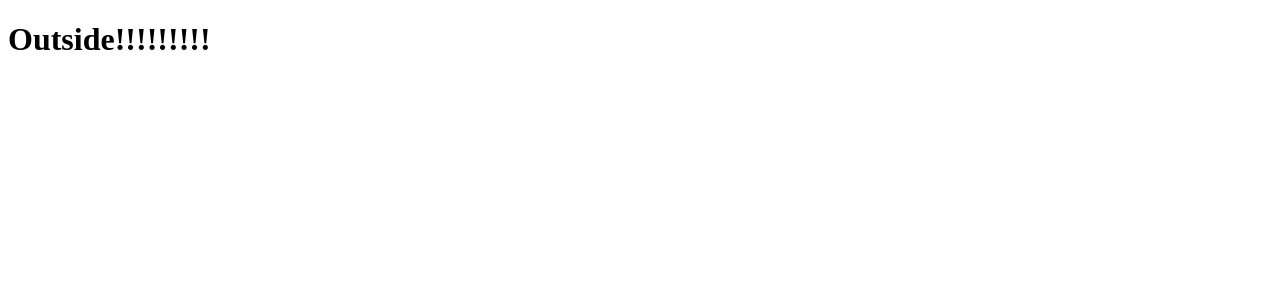
Repository: Leon2ev/lazy-brew
Page: http://localhost/
The author's editor kept a record of every edit. The page is drawn from the files as they stood at one moment, then again after the next edit.
The browser window is 1280 px wide. The pictures show the whole page.
Some web libraries are served in a nearby version. The page is served by the project's application, run on Flask 3 (app.py). Queries for data that is not in the repository find no rows.

Above is the page before.

### templates/products.html
{% extends 'base.html' %}
{% block content %}

    {% for product in products %}
        {{product.name}}
        {{product.brand}}
        {{product.type_id}}
        {{product.method_id}}
        {{product.image_url}}
        {{product.description}}
        {{product.how_to_make}}
    {% endfor %}

{% endblock %}

### templates/base.html
<!DOCTYPE html>
<html lang="en">
    <head>
        <meta charset="UTF-8">
        <meta name="viewport" content="width=device-width, initial-scale=1.0">
        <meta http-equiv="X-UA-Compatible" content="ie=edge">
        <title>Document</title>
    </head>
    <body>
        <h1>Outside!!!!!!!!!</h1>
        {% block content %}
        {% endblock %}
    </body>
</html>

### app.py
import os
from flask import Flask, render_template, redirect, request, url_for
from flask_pymongo import PyMongo
from bson.objectid import ObjectId

app = Flask(__name__)

# Connection to MongoDB

app.config["MONGO_DBNAME"] = 'beer_brewing'
app.config["MONGO_URI"] = os.getenv('MONGO_URI', 'mongodb://localhost')

mongo = PyMongo(app)

# App routes

@app.route('/')
@app.route('/get_products')
def get_products():
    return render_template("products.html", products=mongo.db.products.find())

if __name__ == "__main__":
    app.run(host=os.environ.get('IP'),
        port=int(os.environ.get('PORT')),
        debug=True)

After the next edit:
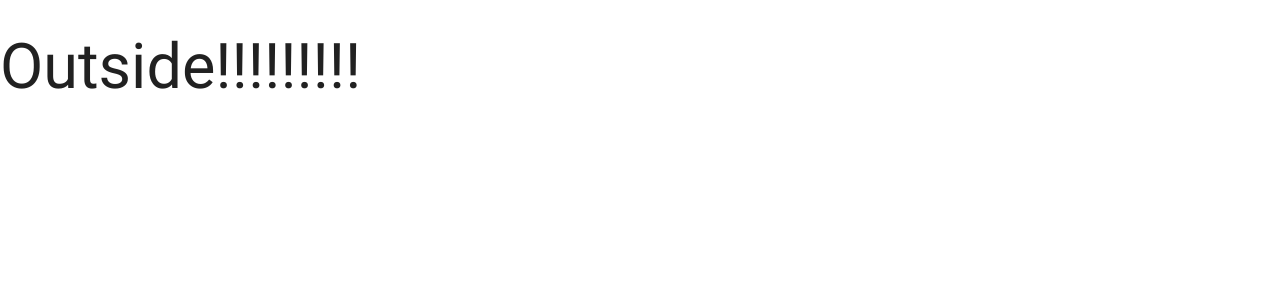
The edit:
--- a/templates/base.html
+++ b/templates/base.html
@@ -4,7 +4,12 @@
         <meta charset="UTF-8">
         <meta name="viewport" content="width=device-width, initial-scale=1.0">
         <meta http-equiv="X-UA-Compatible" content="ie=edge">
+
         <title>Document</title>
+
+        <link href="https://fonts.googleapis.com/icon?family=Material+Icons" rel="stylesheet">
+        <script src="https://cdnjs.cloudflare.com/ajax/libs/jquery/3.2.1/jquery.min.js"></script>
+        <link rel="stylesheet"  href="https://cdnjs.cloudflare.com/ajax/libs/materialize/0.100.2/css/materialize.min.css">
     </head>
     <body>
         <h1>Outside!!!!!!!!!</h1>
